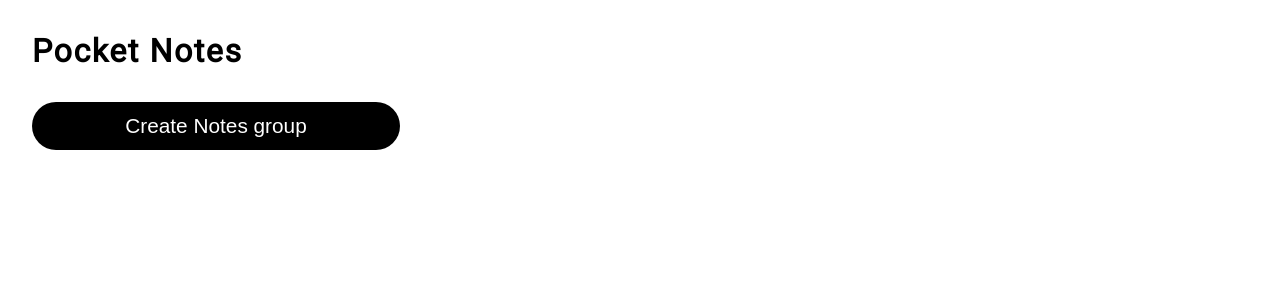
Repository: drumsmanku/react-module-test
Page: /
These files come from the project's save history. The page is drawn as it stood at one moment and after the next save; the edit follows.
The browser window is 1280 px wide. The pictures show the whole page.
The project was rebuilt for these pictures with package versions that can differ from the ones it lists, and the page was loaded fresh each time. Also part of the build but not shown: src/Components/NotesComponent.js.

Above is the page before, as saved 2023-06-12 19:40:00.

### src/App.js
import './App.css';
import MainPage from './Components/MainPage';

function App() {
  return (
    <div className="App">
      <MainPage/>
    </div>
  );
}

export default App;

### src/Components/MainPage.js
import React, { useState, useEffect } from "react";
import "./MainPage.css";
import PopUp from "./PopUp";
import NotesComponent from "./NotesComponent";
import img1 from '../Assets/img1.png'

function MainPage() {

  const colors=['#81acbc', '#567da2','#9c7ac8','#91b1c5','#ea9fd8','#35f030','#8c5064','#186e33','#c25650','#cc7ec7','#2521ef','#e9d499','#25f073','#dcf4b6','#17cb98','#cb6856','#49616e','#7fef88','#a362f6','#08e400','#9726a2','#5c0a51' ];

  const [selectedGroup, setSelectedGroup] = useState(null);
  const [buttonState, setButtonState] = useState(false);

  const addComponent = (groupIndex) => {
    setSelectedGroup(groupIndex);
  };
  const [myGroups, setMyGroups] = useState(() => {
    const storedValue = localStorage.getItem("group");
    return storedValue ? JSON.parse(storedValue) : [];
  });

  useEffect(() => {
    localStorage.setItem("group", JSON.stringify(myGroups));
  }, [myGroups]);

  useEffect(()=>{
    setButtonState(true);
  },[])

  return (
    <div className="main-container">
      <div className="first-compartment">
        <h1>Pocket Notes</h1>
        <div className="group-buttons">
          <PopUp myGroups={myGroups} setMyGroups={setMyGroups} />
          {myGroups.map((group, idx) => (
            <button
              className="cat-buttons"
              key={idx}
              onClick={() => addComponent(idx)}
            >
              <div
                className="icon"
                style={{ backgroundColor: colors[idx] }}
              ></div>{" "}
              {group}
            </button>
          ))}
        </div>
      </div>
      <div className="second-compartment">

        {selectedGroup !== null && (
          <NotesComponent
            groupIndex={selectedGroup}
            groupName={myGroups[selectedGroup]}
          />
        )}
      </div>
    </div>
  );
}

export default MainPage;

### src/Components/MainPage.css
@import url('https://fonts.googleapis.com/css2?family=Roboto&display=swap');
body {
  font-family: '';
}

.main-container {
  height: 100vh;
  width: 100vw;
  display: flex;
  flex-direction: column;
}

.first-compartment {
  width: 100%;
  height: 100vh;
  display flex;
  flex-direction: column;
  align-items: center;
}

.first-compartment h1 {
  margin: 0;
  text-align: left;
  padding: 2rem;
}

.group-buttons {
  height: 85%;
  max-height: 85%;
  width: 80%;
  display: flex;
  flex-direction: column;
  align-items: flex-start;
  margin-left: 2rem;
}

.cat-buttons{
  width: 27rem;
  height: 5rem;
  background-color: white;
  color: black;
  margin: 1rem 1rem 1rem 0;
  font-size:1.3rem;
  font-weight: medium;
  display: flex;
  align-items: center;
  border-top-left-radius: 1.5rem;
  border-bottom-left-radius: 1.5rem;
  background: none;
  border: none;
  transition: 0.1s ease-in;
}

.cat-buttons:hover {
  background-color: #F7ECDC;
}

.icon {
  height: 3.5rem;
  width: 3.5rem;
  border: 50%;
  margin-right: 2rem;
}

.second-compartment {
  display: none;
  background-color: #F7ECDC;
  width: 100%;
  height: 100vh;
}


@media (max-width: 768px) {
  .main-container {
    height: 100vh;
    overflow: hidden;
  }

  .first-compartment.active {
    display: none;
  }

  .second-compartment.active {
    display: flex;
    flex-direction: column;
    align-items: center;
  }
}

### src/Components/PopUp.js
import React, { useState } from "react";
import "./PopUp.css";
import Popup from "reactjs-popup";
import "reactjs-popup/dist/index.css";

function PopUp({ myGroups, setMyGroups, color, setColor }) {
  const [input, setInput] = useState("");
  const colorSet=['#e9d499','#25f073','#dcf4b6','#17cb98','#cb6856']

  const handleColor=(event)=>{
    setColor(event.target.backgroundColor);
  }

  const handleInputChange = (event) => {
    setInput(event.target.value);
  };

  const handleButtonClick = () => {
    setMyGroups([...myGroups, input]);
    setInput("");
  };

  return (
    <div className="popup-container">
      <Popup
        trigger={<button className="btn-1">Create Notes group</button>}
        modal
        nested

      >
        {(close) => (
          <div style={{height:'30vh',paddingLeft:'2rem', paddingTop:'2rem' }} className="modal">
            <div style={{ fontWeight:'bold', fontSize:'1.5rem', marginBottom:'1.5rem'}} className="content">Welcome to GFG!!!</div>
            <div style={{marginLeft:'1rem'}}>
              <div style={{marginBottom:'1.8rem'}}>
                <label htmlFor="name" style={{marginRight:'2rem', fontWeight:'bold', fontSize:'1.5rem'}}>Group Name </label>
                <input style={{width:'25rem',height:'2rem', borderRadius:'2rem', border:'0.2rem solid #CCCCCC', fontSize:'1.3rem', paddingLeft:'1rem'}} type="text" onChange={handleInputChange} value={input} placeholder="Enter your group name...." />
              </div>
              <div style={{display:'flex', alignItems:'center', marginBottom:'1.8rem'}} className="hues">
                <label htmlFor="color" style={{marginRight:'2rem', fontWeight:'bold', fontSize:'1.5rem'}}>Choose colour</label>
                <div style={{display:'flex'}}>
                  {colorSet.map((color, idx)=>(
                    <div onClick={handleColor} key={idx} style={{height:'1.8rem', width:'1.8rem', borderRadius:'50%', backgroundColor:color, marginRight:'1rem'}}></div>
                  ))}
                </div>

              </div>
              <div style={{width:'90%', display:'flex', justifyContent:'flex-end'}}>
                <button style={{width:'8rem', height:'2rem', backgroundColor:'black', color:'white', border:'none', borderRadius:'0.5rem', fontSize:'1.2rem', letterSpacing:'0.1rem'}} onClick={handleButtonClick}>add</button>
              </div>

            </div>
          </div>
        )}
      </Popup>
    </div>
  );
}

export default PopUp;

### src/Components/PopUp.css
@import url('https://fonts.googleapis.com/css2?family=Roboto&display=swap');

body{
  font-family: 'Roboto';
  letter-spacing: 0.1rem;
}

.btn-1{
  width: 23rem;
  height: 3rem;
  background-color: black;
  border: none;
  border-radius: 3rem;
  color: white;
  font-weight: 2rem;
  font-size: 1.3rem;
}
.modal{

}

### src/Components/NotesComponent.css
@import url('https://fonts.googleapis.com/css2?family=Roboto&display=swap');
body{
  font-family: 'Roboto';
}

.notes-container{
  display: flex;
  height: inherit;
  width: 100%;
  flex-direction: column;
  align-items: center;
  justify-content: space-between;
}
.heading{
  display: flex;
  flex-direction: row;
  justify-content: flex-start;
}
.notes-section {
  height: 60vh;
  max-height: 60vh;
  overflow-y: scroll;
}
input:focus{
  outline: none;
  border: none;
}

Loaded but not shown: public/index.html (common file); src/index.js (common file); src/index.css (common file); src/App.css (common file)

After the next save:
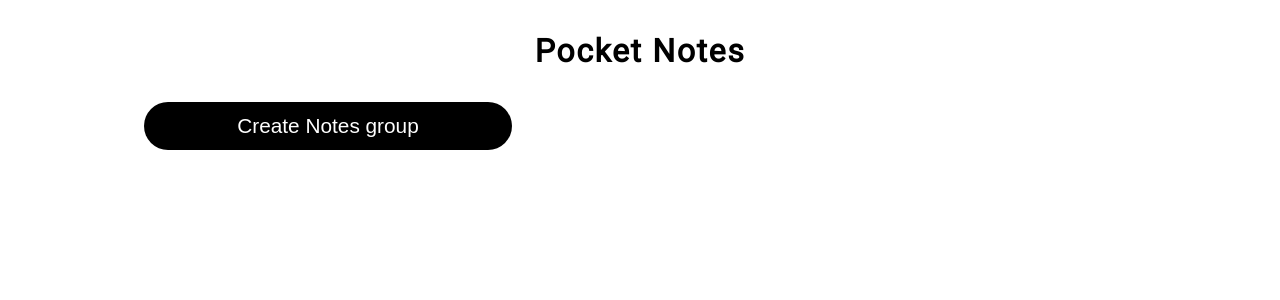
Saved 33 s later.
--- a/src/Components/MainPage.css
+++ b/src/Components/MainPage.css
@@ -1,6 +1,6 @@
 @import url('https://fonts.googleapis.com/css2?family=Roboto&display=swap');
 body {
-  font-family: '';
+  font-family: 'Roboto';
 }
 
 .main-container {
@@ -13,7 +13,7 @@ body {
 .first-compartment {
   width: 100%;
   height: 100vh;
-  display flex;
+  display :flex;
   flex-direction: column;
   align-items: center;
 }
